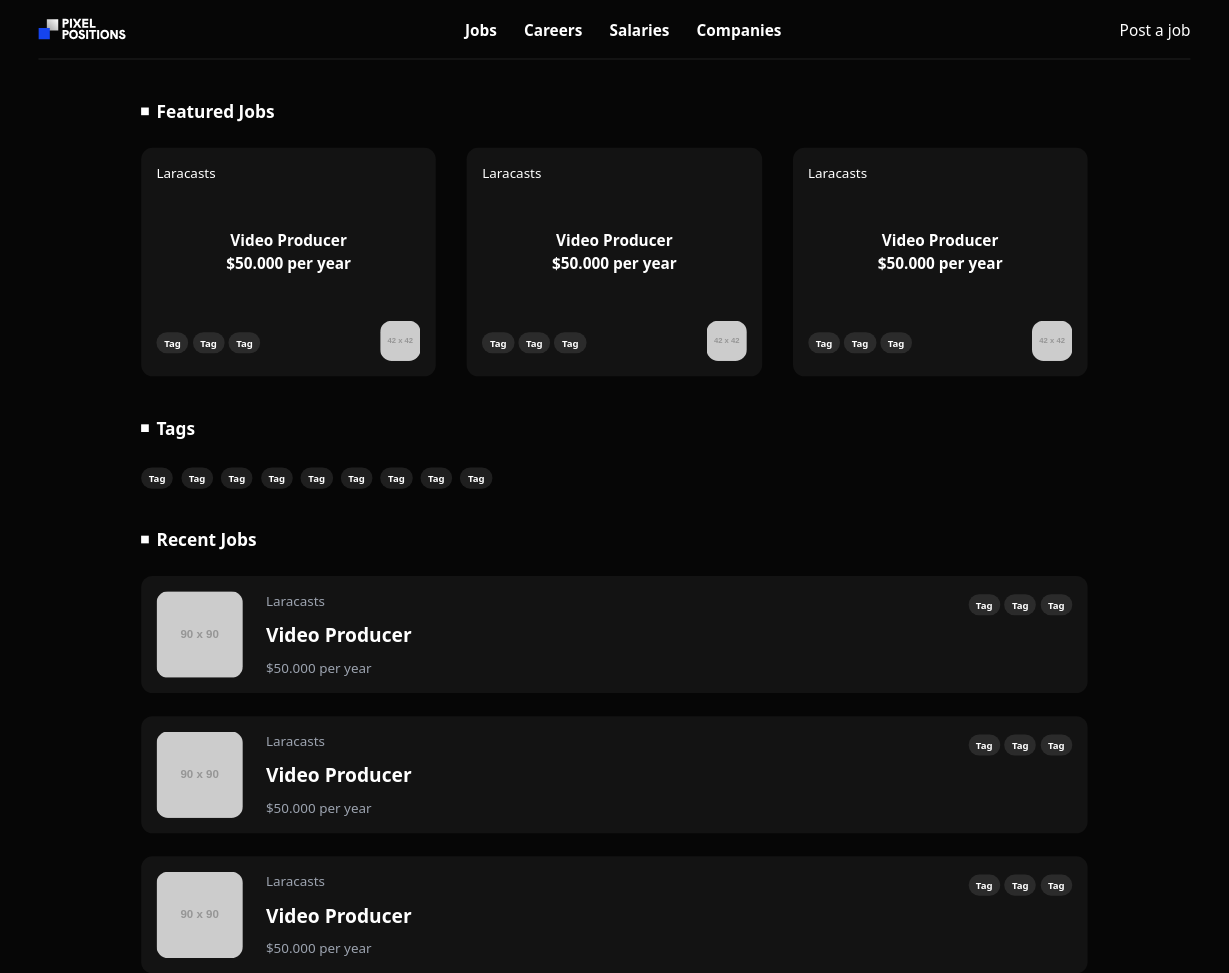
Repository: aggepap/pixel-positions-laravel
Page: http://localhost/
An editor plug-in stored every save of this project. The page is shown before and after the next save, followed by the edit.
The browser window is 1280 px wide. The pictures show the whole page, at 96% of full size.
The page is served by the project's Laravel application, run on PHP 8.4 with Laravel 12. Other server files are loaded and not shown. Style sheets and scripts are compiled from the project's sources, by tool versions that may differ from the author's.

Above is the page before, as saved 2025-02-21 21:37:17.

### resources/views/welcome.blade.php
<x-layout>
    <div class="space-y-10">
    <section>
      <x-section-heading>Featured Jobs</x-section-heading>
        <div class="grid lg:grid-cols-3 gap-8 mt-6">   <x-job-card />
            <x-job-card />
            <x-job-card />
        </div>

    </section>
    <section>
       <x-section-heading>Tags</x-section-heading>

       <div class="mt-6 space-x-1">
        <x-tag>Tag</x-tag>
        <x-tag>Tag</x-tag>
        <x-tag>Tag</x-tag>
        <x-tag>Tag</x-tag>
        <x-tag>Tag</x-tag>
        <x-tag>Tag</x-tag>
        <x-tag>Tag</x-tag>
        <x-tag>Tag</x-tag>
        <x-tag>Tag</x-tag>
       </div>
    </section>
   <section>
    <x-section-heading>Recent Jobs</x-section-heading>

    <div class="mt-6 space-y-6">
        <x-job-card-wide />
        <x-job-card-wide />
        <x-job-card-wide />
        </div>
    </section>
</div>
</x-layout>

### resources/views/components/section-heading.blade.php
<div class="inline-flex items-center gap-2">
  <span class="w-2 h-2 bg-white inline-block"  ></span>
<h3 class="text-lg font-bold">

  {{$slot}}</h3></div>

### resources/views/components/job-card.blade.php
<div class=" p-4 bg-white/5 rounded-xl flex flex-col gap-4 text-center">

  <div class="self-start text-sm">Laracasts</div>
  <div class="py-8 font-bold"><h3>Video Producer</h3>
  <p>$50.000 per year</p></div>
  <div class="flex justify-between items-center mt-auto">
      <div class="">
     <x-tag>Tag</x-tag>
     <x-tag>Tag</x-tag>
     <x-tag>Tag</x-tag>

  </div>
  <x-employer-logo :width=42></x-employer-logo>

  </div>
</div>

### resources/views/components/tag.blade.php
<a href="#" class="bg-white/10 px-2 py-1 rounded-xl text-2xs hover:bg-white/25 font-bold px-2 transition-colors duration-300 ">{{$slot}}</a>

### resources/views/components/employer-logo.blade.php
@props(['width' => '90'])

<img src="https://placehold.co/{{$width}}" alt="" class="rounded-xl">

### resources/views/components/job-card-wide.blade.php
<div class=" p-4 bg-white/5 rounded-xl flex gap-x-6">
  <x-employer-logo :width=90></x-employer-logo>
  <div class="flex-1 flex flex-col justify-between">

  <a href="#" class="self-start text-sm text-gray-400">Laracasts</a>
  <h3 class="font-bold text-xl mt-3">Video Producer</h3>
  <p class="text-sm text-gray-400 mt-auto">$50.000 per year</p>
</div>

      <div class=" ">
     <x-tag>Tag</x-tag>
     <x-tag>Tag</x-tag>
     <x-tag>Tag</x-tag>

  </div>

</div>

### resources/views/components/layout.blade.php
<!DOCTYPE html>
<html lang="en">
<head>
  <meta charset="UTF-8">
  <meta name="viewport" content="width=device-width, initial-scale=1.0">
  <title>Pixel Positions</title>
  @vite(['resources/js/app.js', 'resources/css/app.css'])
</head>
<body class="bg-black text-white">
  <div class="px-10">
    <nav class="flex justify-between items-center py-4 border-b border-white/10">
      <div class="">
        <a href="/"> <img src="{{Vite::asset('resources/images/logo.svg')}}" alt="Logo"></a>

      </div>
      <div class="space-x-6 font-bold"><a href="#">Jobs</a>
      <a href="#">Careers</a>
      <a href="#">Salaries</a>
       <a href="#">Companies</a>
      </div>
      <div class=""><a href="#">Post a job</a></div>
    </nav>
    <main class="mt-10 max-w-[986px] mx-auto">{{$slot}}</main>
  </div>
</body>
</html>

### resources/images/logo.svg
<svg width="92" height="29" viewBox="0 0 92 29" fill="none" xmlns="http://www.w3.org/2000/svg">
    <path fill="url(#eq4u6l1jfa)" d="M8.787 4.021h11.877v11.877H8.787z"/>
    <path fill="#1544EF" d="M0 13.107h11.877v11.877H0z"/>
    <path d="M25.16 13V3.653h3.285c2.159 0 3.245.899 3.245 2.75 0 1.863-1.113 2.842-3.245 2.842H27.25V13H25.16zm2.091-5.686h.979c.858 0 1.354-.134 1.354-.885 0-.71-.429-.845-1.354-.845h-.979v1.73zM32.846 13V3.653h2.106V13h-2.106zm2.988 0 3.044-4.64-3.057-4.707h2.521L40.34 6.9l1.998-3.246h2.508L41.788 8.36 44.846 13h-2.521l-1.998-3.124L38.355 13h-2.52zm9.872 0V3.653h6.276v1.931h-4.17v1.61h3.969v1.944h-3.97v1.931h4.17V13h-6.275zm7.936 0V3.653h2.105v7.416h3.836V13h-5.941zM25.16 24.574v-9.347h3.285c2.159 0 3.245.898 3.245 2.75 0 1.863-1.113 2.842-3.245 2.842H27.25v3.755H25.16zm2.091-5.686h.979c.858 0 1.354-.134 1.354-.885 0-.71-.429-.845-1.354-.845h-.979v1.73zm9.367 5.927c-2.71 0-4.573-1.971-4.573-4.908 0-2.95 1.864-4.921 4.573-4.921 2.735 0 4.586 1.957 4.586 4.921 0 2.95-1.878 4.908-4.586 4.908zm0-2.011c1.515 0 2.467-1.113 2.467-2.897 0-1.797-.952-2.91-2.467-2.91-1.502 0-2.468 1.086-2.468 2.91 0 1.81.966 2.897 2.468 2.897zm8.63 1.97c-1.944 0-3.472-1.166-3.754-2.95l2.092-.522c.094 1.1.764 1.609 1.703 1.609.684 0 1.247-.335 1.247-1.046 0-.43-.429-.751-1.65-1.247-1.997-.805-2.721-1.542-2.721-2.977 0-1.556 1.22-2.655 3.057-2.655 1.3 0 2.347.603 2.95 1.81l-1.743 1.086c-.282-.684-.738-1.032-1.274-1.032-.483 0-.885.308-.885.75 0 .456.362.778 1.703 1.301 2.011.778 2.655 1.449 2.655 2.776 0 1.85-1.475 3.098-3.38 3.098zm4.478-.2v-9.347h2.106v9.347h-2.106zm5.724 0v-7.416h-2.736v-1.931h7.59v1.931h-2.722v7.416H55.45zm5.735 0v-9.347h2.105v9.347h-2.105zm7.91.241c-2.71 0-4.573-1.971-4.573-4.908 0-2.95 1.864-4.921 4.573-4.921 2.735 0 4.586 1.957 4.586 4.921 0 2.95-1.878 4.908-4.586 4.908zm0-2.011c1.515 0 2.467-1.113 2.467-2.897 0-1.797-.952-2.91-2.467-2.91-1.502 0-2.468 1.086-2.468 2.91 0 1.81.966 2.897 2.468 2.897zm11.487-7.577h2.105v9.347h-2.159l-3.513-5.726v5.726h-2.106v-9.347h2.146l3.527 5.7v-5.7zm6.848 9.548c-1.945 0-3.473-1.167-3.755-2.95l2.092-.523c.094 1.1.764 1.609 1.703 1.609.684 0 1.247-.335 1.247-1.046 0-.43-.429-.751-1.65-1.247-1.997-.805-2.721-1.542-2.721-2.977 0-1.556 1.22-2.655 3.057-2.655 1.3 0 2.347.603 2.95 1.81l-1.743 1.086c-.282-.684-.738-1.032-1.274-1.032-.483 0-.885.308-.885.75 0 .456.362.778 1.703 1.301 2.011.778 2.655 1.449 2.655 2.776 0 1.85-1.475 3.098-3.38 3.098z" fill="#fff"/>
    <defs>
        <linearGradient id="eq4u6l1jfa" x1="20.5" y1="4" x2="8" y2="16.5" gradientUnits="userSpaceOnUse">
            <stop stop-color="#fff"/>
            <stop offset="1" stop-color="#999"/>
        </linearGradient>
    </defs>
</svg>

### tailwind.config.js
import defaultTheme from "tailwindcss/defaultTheme";

/** @type {import('tailwindcss').Config} */
export default {
    content: [
        "./vendor/laravel/framework/src/Illuminate/Pagination/resources/views/*.blade.php",
        "./storage/framework/views/*.php",
        "./resources/**/*.blade.php",
        "./resources/**/*.js",
        "./resources/**/*.vue",
    ],
    theme: {
        extend: {
            fontFamily: {
                sans: ["Figtree", ...defaultTheme.fontFamily.sans],
            },
            colors: {
                black: "#060606",
            },
            fontSize: {
                "2xs": "0.625rem",
            },
        },
    },
    plugins: [],
};

Loaded but not shown: app/Providers/AppServiceProvider.php (common file); routes/web.php (common file); resources/css/app.css (common file)

After the next save:
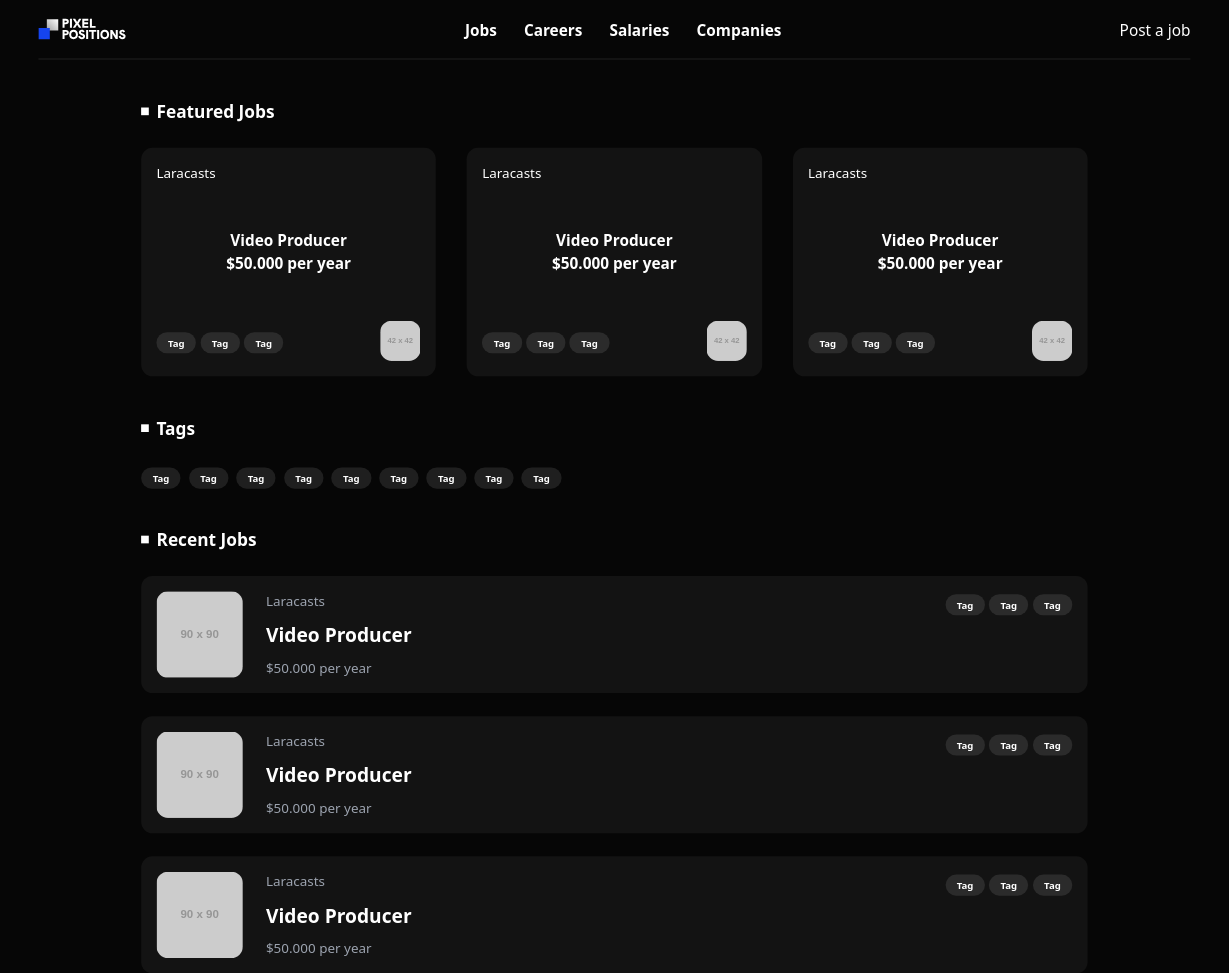
Saved 13 s later.
--- a/resources/views/components/tag.blade.php
+++ b/resources/views/components/tag.blade.php
@@ -1 +1 @@
-<a href="#" class="bg-white/10 px-2 py-1 rounded-xl text-2xs hover:bg-white/25 font-bold px-2 transition-colors duration-300 ">{{$slot}}</a>
+<a href="#" class="bg-white/10 px-3 py-1 rounded-xl text-2xs hover:bg-white/25 font-bold  transition-colors duration-300 ">{{$slot}}</a>
